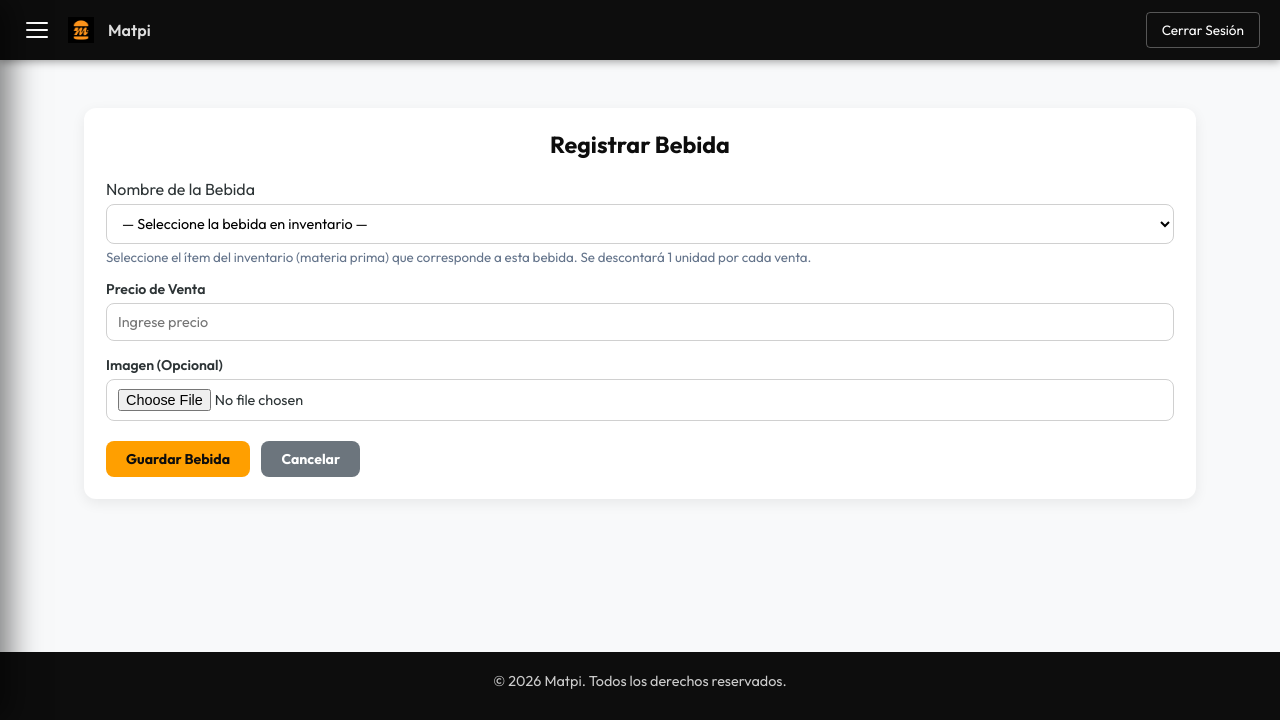
Repository: JuanFelipeNieto/MATPI-Python
Page: MATPI/productos/templates/productos/registrar_bebida.html
These files come from the project's save history. The page is drawn as it stood at one moment and after a run of saves; the edit follows.
The browser window is 1280 px wide. The pictures show the whole page.
The template is drawn by Django 5.2. The application's start-up code is not run. Other server files are loaded and not shown. The template is opened directly, without the code that normally fills it, so the values that code supplies are empty.

Above is the page before, as saved 2026-03-19 08:21:02.

### MATPI/productos/templates/productos/registrar_bebida.html
{% extends 'base.html' %}

{% block title %}Registrar Bebida — Matpi{% endblock %}

{% block content %}
<div class="formulario-seccion">
    <h1>Registrar Bebida</h1>

    <form method="POST" action="{% url 'registrar_producto' %}" enctype="multipart/form-data">
        {% csrf_token %}

        <!-- Categoría fija para Bebidas -->
        <input type="hidden" name="txt_categoria" value="Bebidas">


            <label for="txt_nombre">Nombre de la Bebida</label>

        <div class="form-group">
            <label for="materia_id"></label>
            <select name="materia_id[]" id="materia_id" class="form-control" required>
                <option value="">— Seleccione la bebida en inventario —</option>
                {% for materia in materias_primas %}
                    <option value="{{ materia.id }}">{{ materia.nombre_materia_prima }} ({{ materia.unidad_medida }})</option>
                {% endfor %}
            </select>
            <small style="color: #64748b; margin-top: 5px; display: block;">
                Seleccione el ítem del inventario (materia prima) que corresponde a esta bebida.
                Se descontará 1 unidad por cada venta.
            </small>
            <!-- Cantidad fija de 1 para bebidas simples -->
            <input type="hidden" name="materia_cantidad[]" value="1">
        </div>

        <div class="form-group">
            <label for="txt_precio">Precio de Venta</label>
            <input type="number" id="txt_precio" name="txt_precio" placeholder="Ingrese precio" required>
        </div>

        <div class="form-group">
            <label for="txt_imagen">Imagen (Opcional)</label>
            <input type="file" id="txt_imagen" name="txt_imagen" accept="image/*">
        </div>

        <div style="margin-top: 20px;">
            <button type="submit" class="btn btn-guardar">Guardar Bebida</button>
            <a href="{% url 'listar_productos' %}" class="btn btn-cancelar">Cancelar</a>
        </div>
    </form>
</div>
{% endblock %}

### MATPI/templates/base.html
{% load static %}
<!DOCTYPE html>
<html lang="es">

<head>
    <meta charset="UTF-8">
    <meta name="viewport" content="width=device-width, initial-scale=1.0">
    <title>{% block title %}Matpi{% endblock %}</title>
    <link rel="icon" href="{% static 'img/Favicon.png' %}">
    <link rel="preconnect" href="https://fonts.googleapis.com">
    <link rel="preconnect" href="https://fonts.gstatic.com" crossorigin>
    <link href="https://fonts.googleapis.com/css2?family=Outfit:wght@300;400;600;700&display=swap" rel="stylesheet">
    <link rel="stylesheet" href="{% static 'css/matpi.css' %}">
    {% block extra_css %}{% endblock %}
</head>

<body>

    <div class="sidebar-overlay" id="sidebarOverlay"></div>

    <aside class="sidebar" id="sidebar">
        <button class="sidebar-close-btn" id="sidebarCloseBtn" title="Cerrar menú">✕</button>

        <div class="sidebar-header">
            <a href="{% url 'dashboard' %}" class="sidebar-header-link">
                <img src="{% static 'img/Logomatpi.png' %}" alt="Matpi" class="sidebar-logo">
                <span class="sidebar-brand">Matpi</span>
            </a>
        </div>

        <nav class="sidebar-nav">
            <div class="nav-section">
                <span class="nav-section-label">General</span>
                <a href="{% url 'dashboard' %}" class="sidebar-link" title="Dashboard">
                    <span class="sidebar-icon">🏠</span>
                    <span class="sidebar-label">Dashboard</span>
                </a>
            </div>

            <div class="nav-section">
                <span class="nav-section-label">Operaciones</span>
                <a href="{% url 'listar_pedidos' %}" class="sidebar-link" title="Pedidos">
                    <span class="sidebar-icon">📋</span>
                    <span class="sidebar-label">Pedidos</span>
                </a>
                <a href="{% url 'listar_facturas' %}" class="sidebar-link" title="Facturas">
                    <span class="sidebar-icon">💰</span>
                    <span class="sidebar-label">Facturas</span>
                </a>
                <a href="{% url 'listar_reservas' %}" class="sidebar-link" title="Reservas">
                    <span class="sidebar-icon">🪑</span>
                    <span class="sidebar-label">Reservas</span>
                </a>
                <a href="{% url 'listar_clientes' %}" class="sidebar-link" title="Clientes">
                    <span class="sidebar-icon">👥</span>
                    <span class="sidebar-label">Clientes</span>
                </a>
            </div>

            <div class="nav-section">
                <span class="nav-section-label">Inventario</span>
                <a href="{% url 'listar_productos' %}" class="sidebar-link" title="Productos">
                    <span class="sidebar-icon">🍔</span>
                    <span class="sidebar-label">Productos</span>
                </a>
                <a href="{% url 'listar_materia_prima' %}" class="sidebar-link" title="Materia Prima">
                    <span class="sidebar-icon">🥬</span>
                    <span class="sidebar-label">Materia Prima</span>
                </a>
                <a href="{% url 'listar_proveedores' %}" class="sidebar-link" title="Proveedores">
                    <span class="sidebar-icon">🚚</span>
                    <span class="sidebar-label">Proveedores</span>
                </a>
            </div>

            {% if es_admin %}
            <div class="nav-section">
                <span class="nav-section-label">Administración</span>
                <a href="{% url 'listar_usuarios' %}" class="sidebar-link" title="Gestión de Cajeros">
                    <span class="sidebar-icon">👤</span>
                    <span class="sidebar-label">Cajeros</span>
                </a>
            </div>
            {% endif %}

        </nav>

        <a href="{% url 'ver_perfil' request.session.usuario_id %}" class="sidebar-footer" title="Mi Perfil">
            <div class="user-avatar-mini" style="width: 35px; height: 35px; background: var(--primary); border-radius: 10px; display: flex; align-items: center; justify-content: center; font-size: 1.2rem; color: var(--black); font-weight: bold; flex-shrink: 0;">
                👤
            </div>
            <div class="sidebar-label" style="overflow: hidden; text-overflow: ellipsis; white-space: nowrap;">
                <span style="display: block; color: var(--white); font-weight: 600;">{{ request.session.usuario_nombre|default:"Usuario" }}</span>
                <small style="font-size: 0.65rem; color: var(--primary); font-weight: 800; text-transform: uppercase;">
                    {% if es_admin %}ADMINISTRADOR{% else %}CAJERO{% endif %}
                </small>
            </div>
        </a>
    </aside>

    <div class="page-wrapper" id="pageWrapper">
        <header class="topbar">
            <button class="topbar-menu-btn" id="topbarMenuBtn" title="Abrir menú">
                <span class="hamburger-line"></span>
                <span class="hamburger-line"></span>
                <span class="hamburger-line"></span>
            </button>
            <a href="{% url 'dashboard' %}" class="topbar-logo-link">
                <img src="{% static 'img/Logomatpi.png' %}" alt="Matpi" class="topbar-logo">
            </a>
            <span class="topbar-title">Matpi</span>

            <a href="{% url 'logout' %}" class="logout-btn" style="margin-left: auto; color: white; text-decoration: none; padding: 8px 15px; font-size: 0.85em; border: 1px solid rgba(255,255,255,0.3); border-radius: 4px;" onclick="return confirm('¿Estás seguro de que deseas cerrar sesión?');">Cerrar Sesión</a>
        </header>

        <main>
            {% if messages %}
                <div class="messages-container" style="padding: 15px 20px 0 20px;">
                    {% for message in messages %}
                        <div class="alert alert-{{ message.tags }}"
                             style="padding: 12px; margin-bottom: 10px; border-radius: 6px; border-left: 5px solid
                                    {% if message.tags == 'error' %} #721c24; background-color: #f8d7da; color: #721c24;
                                    {% elif message.tags == 'success' %} #155724; background-color: #d4edda; color: #155724;
                                    {% else %} #856404; background-color: #fff3cd; color: #856404; {% endif %}">
                            {{ message }}
                        </div>
                    {% endfor %}
                </div>
            {% endif %}

            <div class="content-body" style="padding: 20px;">
                {% block content %}{% endblock %}
            </div>
        </main>

        <footer>
            <p>© 2026 Matpi. Todos los derechos reservados.</p>

        </footer>
    </div>

    <script>
        (function () {
            const sidebar = document.getElementById('sidebar');
            const overlay = document.getElementById('sidebarOverlay');
            const openBtn = document.getElementById('topbarMenuBtn');
            const closeBtn = document.getElementById('sidebarCloseBtn');

            function openSidebar() {
                sidebar.classList.add('open');
                overlay.classList.add('active');
                document.body.classList.add('sidebar-open');
            }

            function closeSidebar() {
                sidebar.classList.remove('open');
                overlay.classList.remove('active');
                document.body.classList.remove('sidebar-open');
            }

            openBtn.addEventListener('click', openSidebar);
            closeBtn.addEventListener('click', closeSidebar);
            overlay.addEventListener('click', closeSidebar);

            // Resaltar link activo
            const currentPath = window.location.pathname;
            document.querySelectorAll('.sidebar-link').forEach(function (link) {
                const href = link.getAttribute('href');
                // Si estamos en la raíz del dashboard o en una sub-url del módulo
                if (href === currentPath || (href !== '/' && currentPath.startsWith(href))) {
                    link.classList.add('active');
                }
            });
        })();
    </script>

</body>
</html>

Loaded but not shown: MATPI/static/css/matpi.css (795 lines, source omitted)

After the next 2 saves:
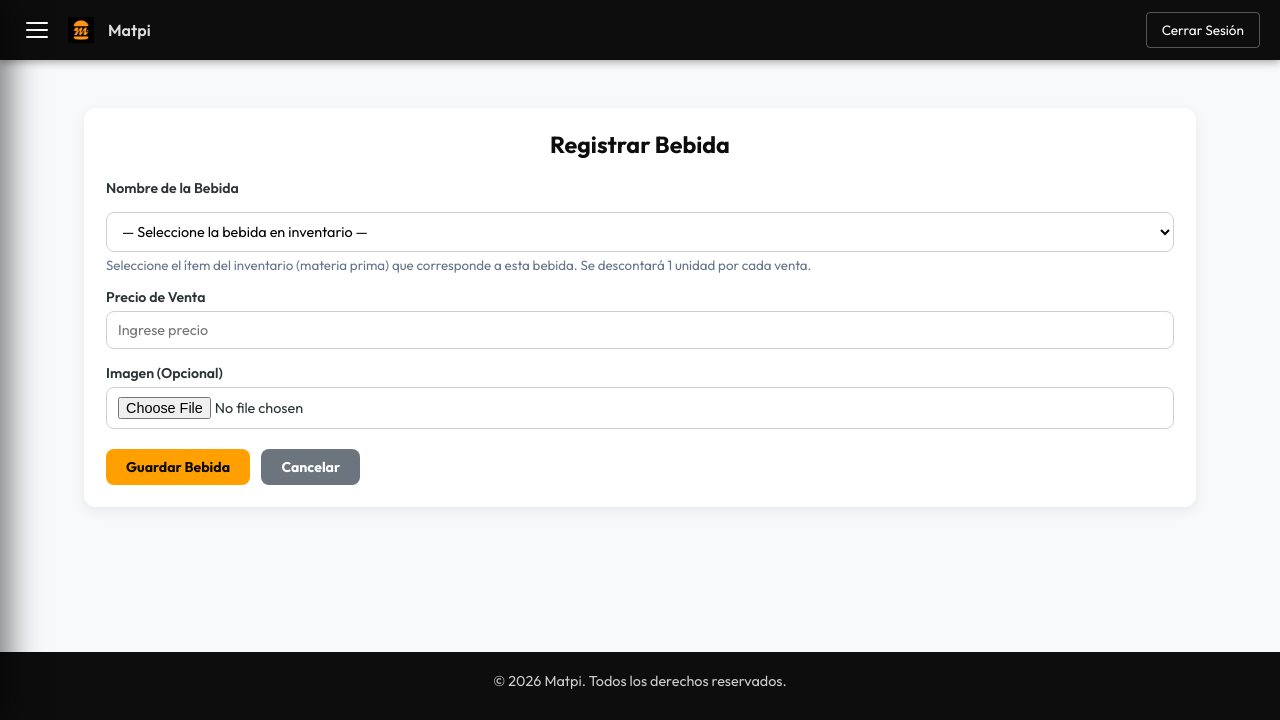
The 2 saves are shown as one change because they came seconds apart.
The last was saved 7 s later.
--- a/MATPI/productos/templates/productos/registrar_bebida.html
+++ b/MATPI/productos/templates/productos/registrar_bebida.html
@@ -12,8 +12,9 @@
         <!-- Categoría fija para Bebidas -->
         <input type="hidden" name="txt_categoria" value="Bebidas">
 
-
+        <div class="form-group">
             <label for="txt_nombre">Nombre de la Bebida</label>
+        </div>
 
         <div class="form-group">
             <label for="materia_id"></label>
